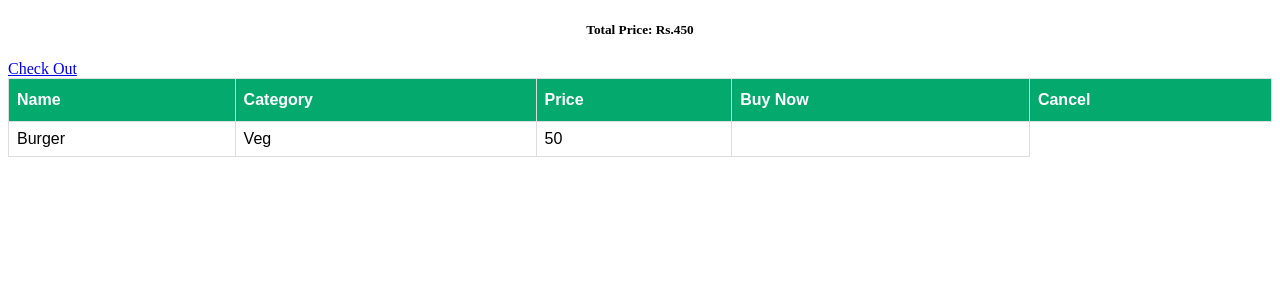
Repository: Shreya200012/FoodBox
Page: http://localhost/foodWeb/cart.jsp
These files come from the project's save history. The page is drawn as it stood at one moment and after the next save; the edit follows.
The browser window is 1280 px wide. The pictures show the whole page.
The page is served by Tomcat 9. Other server files are loaded and not shown.

Above is the page before, as saved 2022-06-13 17:44:09.

### foodWeb/src/main/webapp/cart.jsp
<%@ page language="java" contentType="text/html; charset=ISO-8859-1"
    pageEncoding="ISO-8859-1"%>
<!DOCTYPE html>
<html>
<head>
<title>Cart Page</title>
<style>
#customers {
  font-family: Arial, Helvetica, sans-serif;
  border-collapse: collapse;
  width: 100%;
}

#customers td, #customers th {
  border: 1px solid #ddd;
  padding: 8px;
}

#customers tr:nth-child(even){background-color: #f2f2f2;}

#customers tr:hover {background-color: #ddd;}

#customers th {
  padding-top: 12px;
  padding-bottom: 12px;
  text-align: left;
  background-color: #04AA6D;
  color: white;
}
</style>
</head>
<body>
<div class="container">
<div class="d-flex py-3">
<h5 align="center">Total Price: Rs.450</h5>
<a class="mx-3 btn btn-primary" href="#">Check Out</a>
</div>
<table id="customers">
<thead>
<tr>
<th scope="col">Name</th>
<th scope="col">Category</th>
<th scope="col">Price</th>
<th scope="col">Buy Now</th>
<th scope="col">Cancel</th>
</tr>
</thead>
<tbody>
<tr>
<td>Burger</td>
<td>Veg</td>
<td>50</td>
<td>
<form action="" method="post" class="form-inline">
<input type="hidden" name="id" value="1" class="form-input">
<div class="form-group d-flex justify-content-between">
<a class="btn btn-sm btn-incre"><i class="fas fa-plus-square"></i></a></div>

</form>

</tbody>
</table>

</div>



</body>

After the next save:
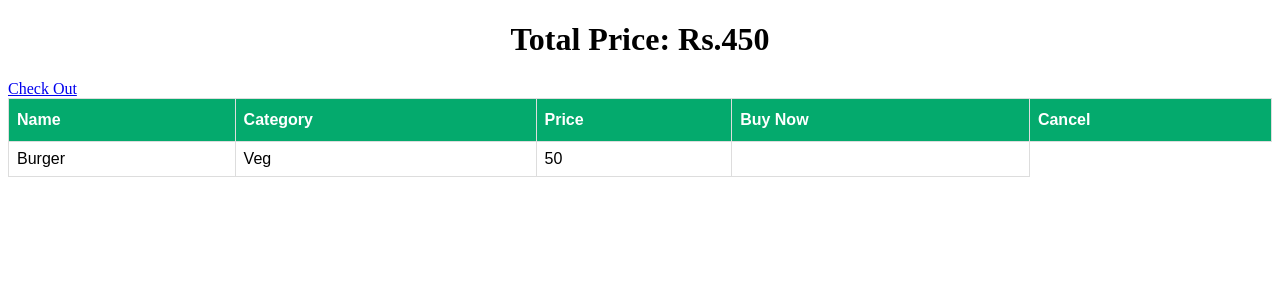
Saved 12 s later.
--- a/foodWeb/src/main/webapp/cart.jsp
+++ b/foodWeb/src/main/webapp/cart.jsp
@@ -32,7 +32,7 @@
 <body>
 <div class="container">
 <div class="d-flex py-3">
-<h5 align="center">Total Price: Rs.450</h5>
+<h1 align="center">Total Price: Rs.450</h1>
 <a class="mx-3 btn btn-primary" href="#">Check Out</a>
 </div>
 <table id="customers">
